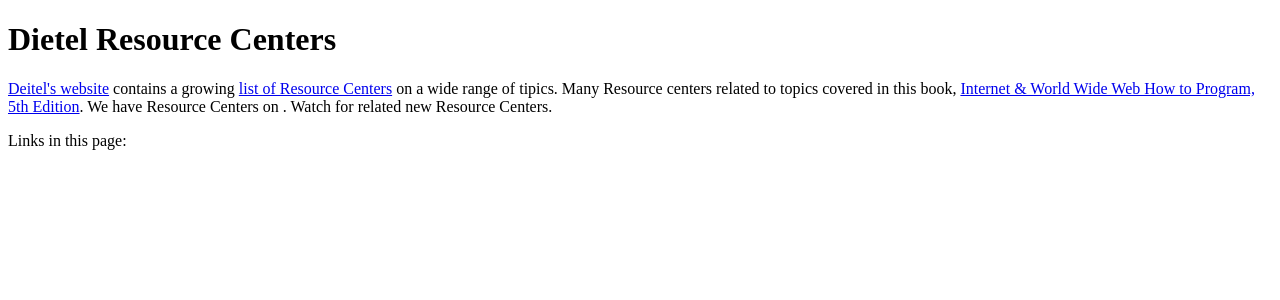
Repository: mlmEFSC21/P20-DOM-Links-Collection
Page: collections.html
An editor plug-in stored every save of this project. The page is shown before and after the next save, followed by the edit.
The browser window is 1280 px wide. The pictures show the whole page.

Above is the page before, as saved 2022-04-11 14:23:54.

After the next save:
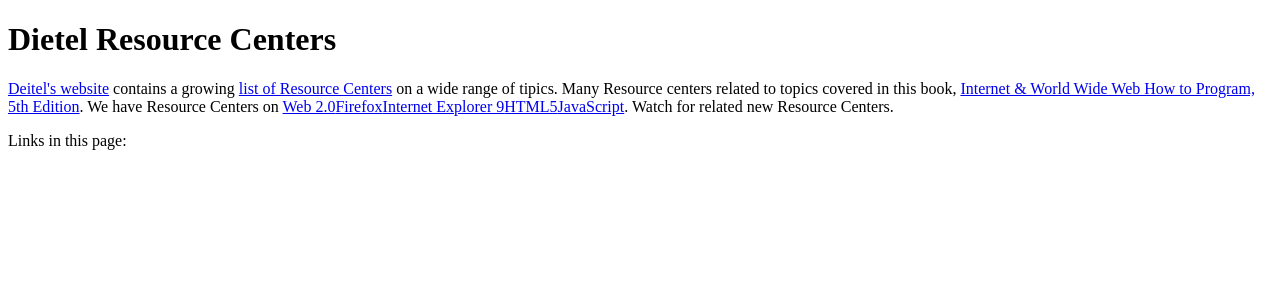
Saved 2 min 55 s later.
--- a/collections.html
+++ b/collections.html
@@ -19,9 +19,12 @@
             range of tipics. Many Resource centers related to topics covered in this book,
             <a href="http://deitel.com/books/iw3htp5"
                 >Internet & World Wide Web How to Program, 5th Edition</a
-            >. We have Resource Centers on <a href="http://"></a><a href="http://"></a
-            ><a href="http://"></a><a href="http://"></a><a href="http://"></a>. Watch for related
-            new Resource Centers.
+            >. We have Resource Centers on <a href="http://deitel.com/Web2.0">Web 2.0</a
+            ><a href="http://deitel.com/Firefox">Firefox</a
+            ><a href="http://deitel.com/IE9">Internet Explorer 9</a
+            ><a href="http://deitel.com/HTML5">HTML5</a
+            ><a href="http://deitel.com/JavaScript">JavaScript</a>. Watch for related new Resource
+            Centers.
         </p>
         <p>Links in this page:</p>
         <div id="links"></div>
